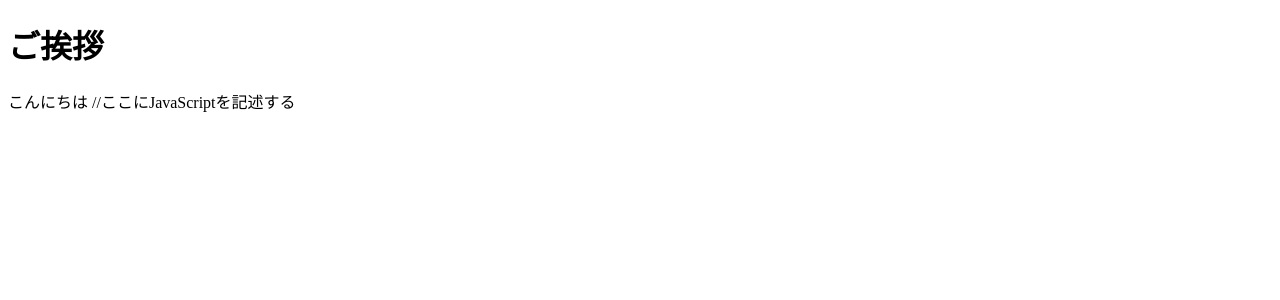
Repository: yayoi0814/samurai_HTML-CSS
Page: index.html
The author's editor kept a record of every edit. The page is drawn from the files as they stood at one moment, then again after the next edit.
The browser window is 1280 px wide. The pictures show the whole page.

Above is the page before.

### index.html
<!DOCTYPE html>
<html lang="ja">
  <head>
    <meta charset="utf-8">
    <title>JavaScriptの練習</title>
  </head>
  <body>
    <h1>ご挨拶</h1>
    <p>こんにちは

    <script>

        //console.log('、JavaScript。');
        //console.log('こんにちは！');
        //d = new Date();
        //console.log('今日は、', d.getDate(), '日です。');
        // -->
        let myString = 'ユーザー名';

        myString = '太郎';

    console.log('ようこそ、' + myString + 'さん');
  </script>

        //ここにJavaScriptを記述する

    </script>


    </p>
  </body>
</html>

After the next edit:
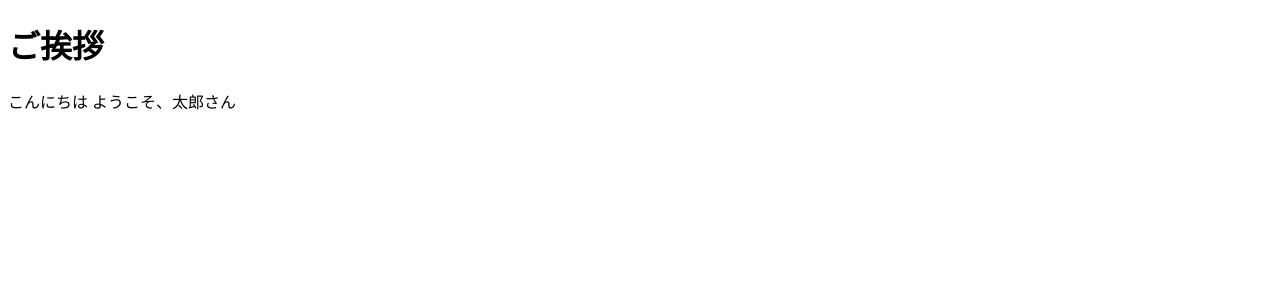
The edit:
--- a/index.html
+++ b/index.html
@@ -19,8 +19,8 @@
 
         myString = '太郎';
 
-    console.log('ようこそ、' + myString + 'さん');
-  </script>
+        document.write('ようこそ、' + myString + 'さん');
+
 
         //ここにJavaScriptを記述する
 
